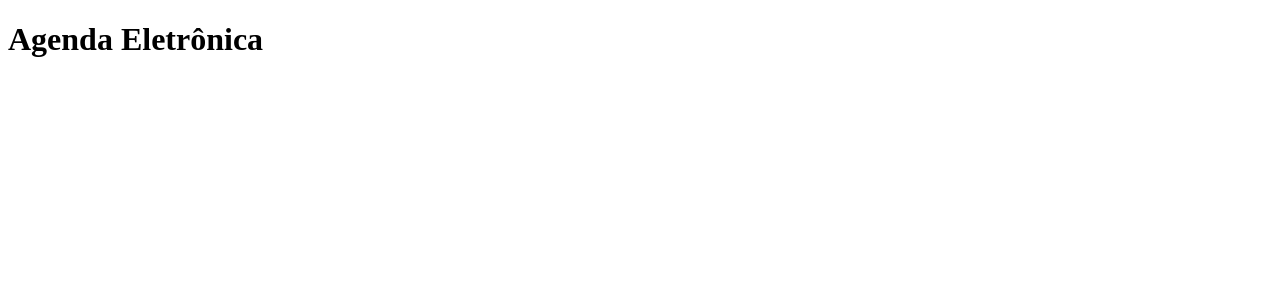
Repository: SrLucasGaldinor/Aulas-MVC-Spring
Page: http://localhost/Aula2/
These files come from the project's save history. The page is drawn as it stood at one moment and after the next save; the edit follows.
The browser window is 1280 px wide. The pictures show the whole page.
The page is served by Tomcat 9. Other server files are loaded and not shown.

Above is the page before, as saved 2023-12-12 22:40:02.

### MVC/Aula2/src/main/webapp/index.jsp
<%@ page language="java" contentType="text/html; charset=ISO-8859-1"
    pageEncoding="ISO-8859-1"%>
<!DOCTYPE html>
<html>
<head>
<meta charset="ISO-8859-1">
<title>Agora Foi</title>
</head>
<body>
	<div>
		<h1>Agenda Eletrônica</h1>
	</div>
</body>
</html>

After the next save:
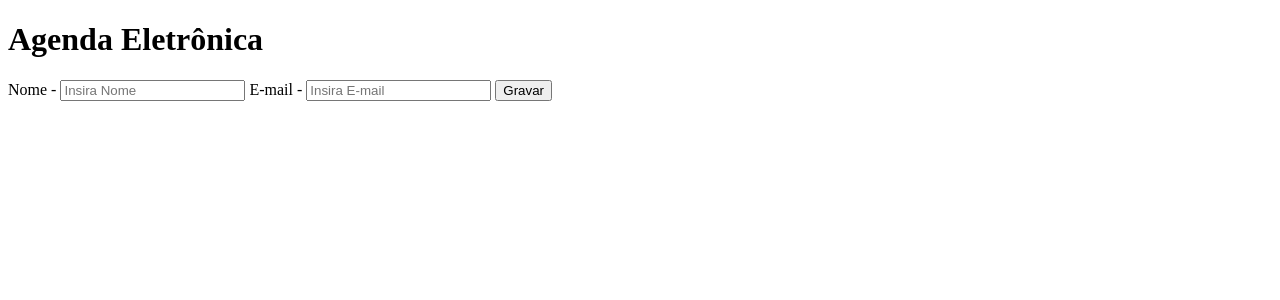
Saved 12 min 35 s later.
--- a/MVC/Aula2/src/main/webapp/index.jsp
+++ b/MVC/Aula2/src/main/webapp/index.jsp
@@ -9,6 +9,17 @@
 <body>
 	<div>
 		<h1>Agenda Eletrônica</h1>
+		<label>Nome - </label>
+		<input type="text" placeholder="Insira Nome" name="nome">
+		<label>E-mail - </label>
+		<input type="text" placeholder="Insira E-mail" name="email">
+		<button onclick="gravar()">Gravar</button>
 	</div>
+
+	<script>
+		function gravar(){
+			alert('Olá Fulano');
+		}
+	</script>
 </body>
 </html>
